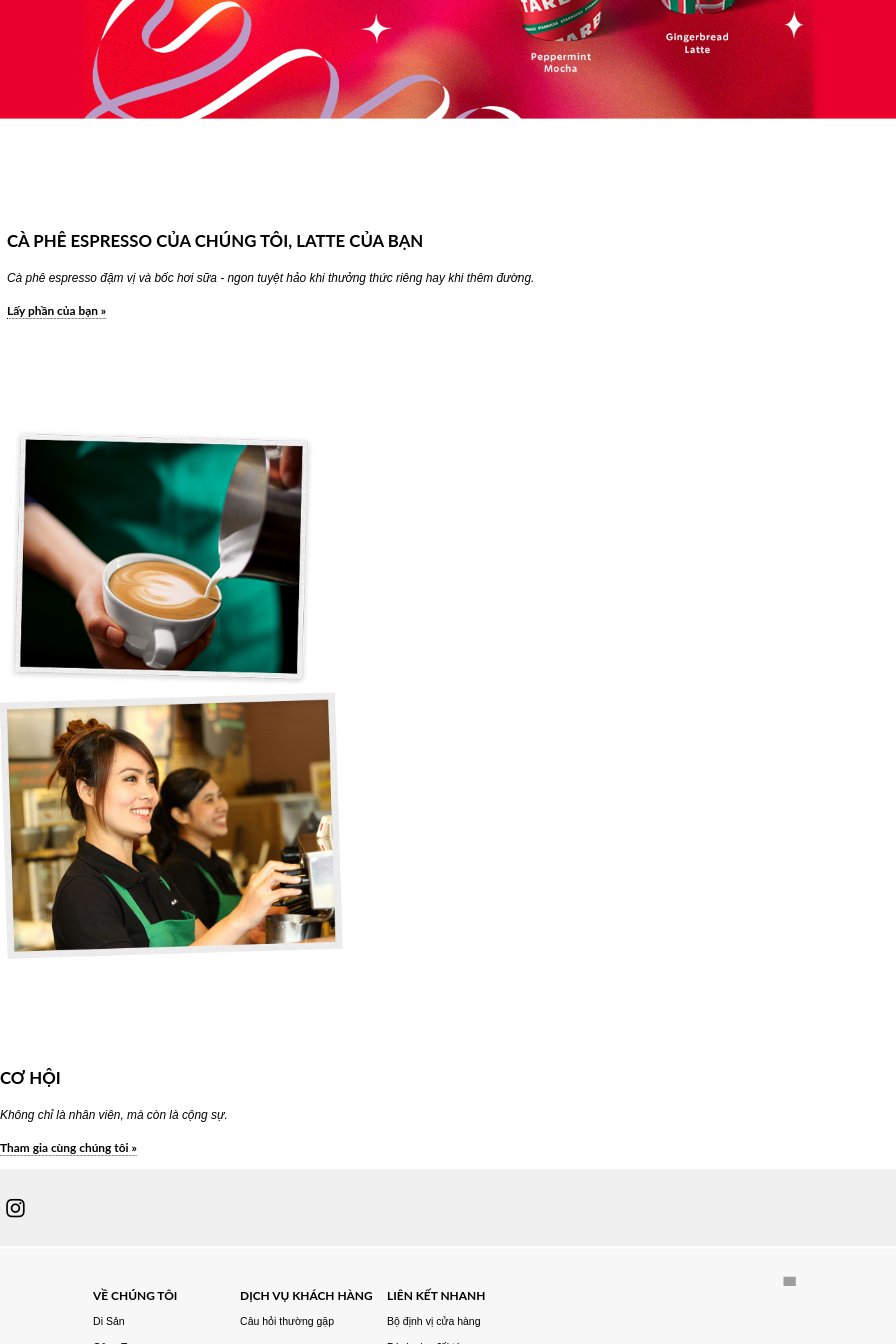
Repository: NgSonTung/project-starbucks
Page: html/Starbucks-home.html
The author's editor kept a copy of each file at every save. The page is drawn from the files as they stood at one save, then again after the next save.
The browser window is 1280 px wide. The pictures show the part of the page from y = 508 to 2428 px (the page is 2687 px tall before and 2317 px after), at 70% of full size.
Pictures or frames that could not be fetched are drawn as grey boxes. Some web libraries are served in a nearby version.

Above is the page before, as saved 2021-11-17 15:39:26.

### html/Starbucks-home.html
<!DOCTYPE html>
<html lang="en">
<head>
    <link rel="stylesheet" href="">
    <link rel='stylesheet' type='text/css' href='../css/home.css'>
    <link rel='stylesheet' type='text/css' href='../css/menuresponsive.css'>
    <script src="https://kit.fontawesome.com/3c4540d338.js" crossorigin="anonymous"></script>
    <meta charset="UTF-8">
    <meta name="viewport" content="width=device-width, initial-scale=1.0">
    <title>Document</title>
</head>
<body>

<!-- DAY LA MENU/HEADER -->

<header>
    <div class="menu1"></div>
    <div class="header">
        <nav class="menu37">
            <div class="menu2">
                <a href="Starbucks-home.html"><img src="../hinhanh/starbucks.png" alt="logo"></a>
            </div>
            <div class="menu3">
                <ul class="menu4">
                    <li class="menu7"><a class="menu5" href="../html/Starbucks-caphe.html">CÀ PHÊ</a>
                    <div class="menu6">
                        <div class="menu8">
                            <ul class="menu9">
                                <div class="menu10">

                                    <li><b><a class="menu11" href="Starbucks-caphecuacct.html">Cà phê của Chúng tôi</a></b>
                                    <ul class="menu12">
                                        <li><a href="Starbucks-caphecuacct.html">Cà phê Nguyên Hạt</a></li>
                                        <li><a href="Starbucks-caphecuacct.html">Xem Tất cả các loai Cà phê</a></li>
                                    </ul>
                                    </li>
                                    <li><b><a class="menu11" href="Starbucks-timkiem.html">Tìm loại Cà phê Hoàn hảo của Bạn</a></b></li>
                                    <li><b><a class="menu11" href="">Esspresso</a></b>
                                    <ul class="menu12">
                                        <li><a href="">Thành phần</a></li>
                                        <li><a href="">Thiết bị Tốt nhất</a></li>
                                        <li><a href="">Nhân viên Pha chế Cà phê</a></li>
                                    </ul>
                                    </li>
                                    <li><b><a class="menu11" href="Starbucks-how.html">Làm thế nào để nấu</a></b>
                                    <ul class="menu12">
                                        <li><a href="">Báo chí cà phê</a></li>
                                        <li><a href="">Đổ giao</a></li>
                                        <li><a href="">Đá đổ giao</a></li>
                                        <li><a href="">Bia cà phê</a></li>
                                    </ul>
                                    </li>
                                    <div
                                    class="menu13"><img src="../hinhanh/starbuckscaphe.jpg" alt="">
                                    <b> <p class="menu14">Blonde Roast</p> </b>
                                    <p class="menu15">Nhẹ và ngọt dịu, loại cà phê rang qua hoàn hảo</p>
                                    </div>
                                </div>
                                <div class="menu16">
                                    <li><b><a class="menu11" href="">Tìm nguồn Cung ứng có Đạo đức</a></b>
                                    <ul class="menu12">
                                        <li><a href="">Cà phê được Vun trồng có Trách nhiệm</a></li>
                                        <li><a href="">Chất lượng cà phê</a></li>
                                        <li><a href="">Hỗ trợ Nông dân</a></li>
                                    </ul>
                                    </li>
                                    <li class="menu11"><b class="">Tìm hiểu Thêm</b>
                                    <ul class="menu17">
                                        <li><a href="">Dòng sản phẩm Cà phê Rang Starbucks</a></li>
                                        <li><a href="">Những hương vị trong Cốc cà phê của bạn</a></li>
                                        <li><a href="">Câu hỏi Thường Gặp về Cà phê</a></li>
                                    </ul>
                                    </li>
                                </div>
                                <hr class="menu18">
                                <li class="menu19">Bạn đang tìm kiếm các loại Đồ uống Cà phê
                                <ul class="menu20">
                                    <li><b> <a class="menu11" href="">Thức uống</a></li></b>
                                </ul>
                                </li>
                            </ul>
                        </div>
                    </div>
                    </li>
                </ul>
                <ul class="menu4">
                    <li class="menu7"><a class="menu5" href="">THỰC ĐƠN</a>
                    <div class="menu6">
                        <div class="menu8">
                            <ul class="menu9">
                                <div class="menu10">
                                    <li><a class="menu11" href="">Thức ăn</a>
                                    <ul  class="menu12">
                                        <li><a href="">Bánh</a></li>
                                        <li><a href="">Thức ăn</a></li>
                                        <li><a href="">Bánh Muffin</a></li>
                                        <li><a href="">Bánh cookie</a></li>
                                        <li><a href="">Bánh Ngọt</a></li>
                                        <li><a href="">Bánh mì sandwiches</a></li>
                                    </ul>
                                    </li>
                                    <li><a  class="menu11" href="">Thức uống</a>
                                    <ul  class="menu12">
                                        <li><a href="">Thức uống Espresso</a></li>
                                        <li><a href="">Thức uống với Sôcôla</a></li>
                                        <li><a href="">Cà phê Xay Frappuccino®</a></li>
                                        <li><a href="">Kem Trộn Frappuccino®</a></li>
                                        <li><a href="">Trà pha</a></li>
                                    </ul>
                                    </li>
                                    <div
                                    class="menu21"><img src="../hinhanh/starbucksthucdon.jpg" alt="">
                                    <b> <p class="menu14">Đồ ăn Thực thụ,Cực ngon</p> </b>
                                    <p class="menu15">Xem những lựa chọn món ăn mới trong cửa hàng của chúng tôi</p>
                                    </div>
                                </div>
                                <hr class="menu22">
                                <li  class="menu19">Bạn đang tìm kiếm Cà phê để thưởng thức tại Nhà?
                                <ul  class="menu20">
                                    <li><b><a class="menu11" href="">Tìm hiểu về Dòng sản phẩm cà phê rang Starbucks Roast</a></b></li>
                                </ul>
                                </li>
                            </ul>
                        </div>
                    </div>
                    </li>
                </ul>
                <ul class="menu4">
                    <li class="menu7"><a class="menu5" href="">QUÁN CÀ PHÊ</a>
                    <div class="menu6">
                        <div class="menu8">
                            <ul class="menu9">
                                <div class="menu10">
                                    <li><a class="menu11" href="">Chương trình Chuyên gia cà phê</a></li>
                                    <li><a  class="menu11" href="">Cộng đồng Trực tuyến</a></li>
                                    <li><a  class="menu11" href="">Thiết kế Cửa hàng</a></li>
                                    <li><a  class="menu11" href="">Thương mại</a>
                                    <ul a class="menu12">
                                        <li><a href="">Drinkware</a></li>
                                        <li><a href="">Machines</a></li>
                                        <li><a href="">Accessories</a></li>
                                    </ul>
                                    </li>
                                    <div
                                    class="menu23"><img src="../hinhanh/starbucksquan.jpg" alt="">
                                    <b> <p class="menu14">Cà phê của chúng tôi đưa mọi người lại gần nhau</p> </b>
                                    <p class="menu15">Vui chơi,mơ giấc mơ lớn và kết nối với bạn bè.</p>
                                </div>
                                </div>
                                <hr class="menu24">
                                <li  class="menu19">Bạn đang tìm kiếm điều gì Khác?
                                <ul  class="menu20">
                                    <li><b><a class="menu11" href="">Thức uống</a></b></li>
                                    <li><a class="menu11" href="">Giới thiệu về Chúng tôi</a></li>
                                </ul>
                                </li>
                            </ul>
                        </div>
                    </div>
                    </li>
                </ul>
                <ul class="menu4">
                    <li class="menu7"><a class="menu5" href="">TRÁCH NHIỆM</a>
                    <div class="menu6">
                        <div class="menu8">
                            <ul class="menu9">
                                <div class="menu10">
                                    <li><a  class="menu11" href="">Tìm nguồn Cung ứng có đạo đức</a>
                                    <ul  class="menu12">
                                        <li><a href="">Hỗ trợ Nông dân</a></li>
                                        <li><a href="">Tìm nguồn Cung ứng Cà phê</a></li>
                                        <li><a href="">Tìm nguồn Cung ứng Trà</a></li>
                                        <li><a href="">Tìm nguồn Cung ứng Ca cao</a></li>
                                    </ul>
                                    </li>
                                    <li><a  class="menu11" href="">Môi trường</a>
                                    <ul  class="menu12">
                                        <li><a href="">Tái chế</a></li>
                                        <li><a href="">Năng lượng</a></li>
                                        <li><a href="">Nước</a></li>
                                        <li><a href="">Công trình Xanh</a></li>
                                        <li><a href="">Biến đổi Khí hậu</a></li>
                                    </ul>
                                    </li>
                                    <div
                                    class="menu25"><img src="../hinhanh/starbuckstrachnhiem.jfif" alt="">
                                    <b> <p class="menu14">Sự tham gia của Cộng đồng</p> </b>
                                    <p class="menu15">Chúng tôi khuyến khích cộng sự(nhân viên) cũng như khác hàng tham gia cộng dồng của họ.</p>
                                    </div>
                                </div>
                                <hr class="menu26">
                                <li  class="menu19">Bạn đang tìm kiếm Thông tin về Starbucks?
                                <ul class="menu20">
                                    <li><a  class="menu11" href="">Giới thiệu về Chúng tôi</a></li>
                                </ul>
                                </li>
                            </ul>
                        </div>
                    </div>
                    </li>
                </ul>
                <ul class="menu4">
                    <li class="menu7"><a class="menu5" href="">VỀ CHÚNG TÔI</a>
                    <div class="menu6">
                        <div class="menu8">
                            <ul class="menu9">
                                <div class="menu10">
                                    <li><a  class="menu11" href="">Di sản</a></li>
                                    <li><a  class="menu11" href="">Công ty</a>
                                    <ul  class="menu12">
                                        <li><a href="">Tuyên bố về Sứ mệnh</a></li>
                                        <li><a href="">Đạo đức và Tuân thủ trong Kinh doanh</a></li>
                                        <li><a href="">Sự đa dạng tại Starbucks</a></li>
                                        <li><a href="">Chính sách Trực tuyến</a></li>
                                    </ul>
                                    <li><a  class="menu11" href="">Cơ hôi nghề nghiệp</a></li>
                                    </li>
                                    <div
                                     class="menu27"><img src="../hinhanh/starbucksvechungtoi.jpg" alt="">
                                     <b> <p class="menu14">Một Loại Công ty Khác</p> </b>
                                     <p class="menu15">Sứ mệnh của chúng tôi là khơi nguồn cảm hứng và nuôi dưỡng tinh thần con người- một người, một cốc cà phe và một tình hàng xóm vào một thời điểm.</p>
                                    </div>
                                </div>
                                <hr class="menu28">
                                <li  class="menu19">Bạn đang tìm kiếm Vị trí Cửa hàng?
                                <ul  class="menu20">
                                    <li><a class="menu11" href="">Dịch vu Khách hàng</a></li>
                                    <li><a class="menu11" href="">Bộ định vị Cửa hàng</a></li>
                                </ul>
                                </li>
                            </ul>
                        </div>
                    </div>
                    </li>
                </ul>
                <ul class="menu4">
                    <li class="menu7"><a class="menu5" href="">THẺ</a>
                    <div class="menu6">
                        <div class="menu8">
                            <ul class="menu9">
                                <div class="menu10">
                                    <li><a  class="menu11" href="">Quản Lý Tài Khoản</a>
                                    <ul  class="menu12">
                                        <li><a href="">Đăng nhập/Đăng ký tài khoản mới</a></li>
                                        <li><a href="">Lịch sử giao dịch</a></li>
                                        <li><a href="">Báo mất thẻ</a></li>
                                    </ul>
                                    </li>
                                    <li class="menu11">Thông Tin Khác
                                    <ul class="menu17">
                                        <li><a href="">Starbucks Rewards</a></li>
                                        <li><a href="">Điều kiện và điều khoản chương trình</a></li>
                                        <li><a href="">Chính sách về quyền riêng tư</a></li>
                                        <li><a href="">Câu hỏi thường gặp chương trình Starbucks Rewards</a></li>
                                    </ul>
                                    </li>
                                    <li class="menu11">Thẻ quà tặng điện tử
                                    <ul class="menu17">
                                        <li><a href="">Gửi thẻ quà tặng ngay</a></li>
                                    </ul>
                                    </li>
                                    <div
                                    class="menu29"><img src="../hinhanh/starbucksthe.jpg" alt="">
                                    <b> <p class="menu14">Nhận ngôi sao điểm thưởng cho mỗi chi tiêu tại Starbucks.</p> </b>
                                    <p class="menu15">Đăng ký Starbucks Rewards ngay hôm nay</p>
                                    </div>
                                </div>
                                <hr class="menu30">
                                <li class="menu19">Đang tìm kiếm vị trí cửa hàng
                                <ul class="menu20">
                                    <li class="menu11"><a href="">Bộ định vị Cửa hàng</a></li>
                                </ul>
                                </li>
                            </ul>
                        </div>
                    </div>
                    </li>
                </ul>
                <ul class="menu4">
                    <li class="menu7"><a class="menu31" href="https://www.lazada.vn/shop/starbucks-flagship-store?tab=promotion&path=promotion-30821-0.htm">ESTORE</a></li>
                </ul>


            </div>
            <div class="menu32">
                <a class="menu33" href="">
                    <div class="menu34">
                        <div class="menu35"><i class='fas fa-map-marker-alt'style='font-size:19px'></i></div>
                        <p class="menu36">Tìm Cửa hàng</p>
                    </div>
                </a>
            </div>

        </nav>
    </div>

</header>

<!-- KET THUC MENU -->

        <div class="home-bannercontainer"></div>
        <div class="home-gallery">
            <div class="cotentwrapper1">
                <div class="home-content1">
                    <p class="home-content-title">
                        CÀ PHÊ ESPRESSO CỦA CHÚNG TÔI,
                         LATTE CỦA BẠN
                    </p>
                    <P class="home-content-desc1">
                        Cà phê espresso đậm vị và bốc hơi sữa - ngon tuyệt hảo khi
                        thưởng thức riêng hay khi thêm đường.
                    </P>
                    <p class="home-content-desc2"><a href="">Lấy phần của bạn »</a></p>
                </div>
                <div class="home-content2">
                    <img src="../hinhanh/our-espresso_tcm90-24616_w1024_n.png" alt="">
                </div>
            </div>
            <div class="contentwrapper2">
                <div class="home-content3">
                    <img src="../hinhanh/opportunity_tcm90-24617_w1024_n.png" alt="">
                </div>
                <div class="home-content4">
                    <p class="home-content-title">
                        CƠ HỘI
                    </p>
                    <P class="home-content-desc1">
                        Không chỉ là nhân viên, mà còn là cộng sự.
                    </P>
                    <p class="home-content-desc2"><a href="">Tham gia cùng chúng tôi »</a></p>
                </div>
            </div>

        </div>









<!-- DAY LA FOOTER -->


<footer>

    <div class="footer-top">
        <ul class="footer-top__icon">
            <li class="footer-top__icon-link">
                <a href=""><i class="footer__facebook fab fa-facebook-f"></i></a>
            </li>
            <li class="footer-top__icon-link">
                <a href=""><i class="footer__instagram fab fa-instagram"></i></a>
            </li>
        </ul>
    </div>

    <div class="footer-mid">
        <div class="footer-mid__grid">
            <div class="footer-mid__grid--row">
                <div class="footer-mid__grid--col1-3">
                    <a href="">
                        <h3>Về chúng tôi</h3>
                    </a>
                    <ul class="footer-mid__list">
                        <li><a href="">Di Sản</a></li>
                        <li><a href="">Công Ty</a></li>
                        <li><a href="">Cơ  hội nghề nghiệp</a></li>
                    </ul>
                </div>
                <div class="footer-mid__grid--col1-3">
                    <a href="">
                        <h3>Dịch vụ khách hàng</h3>
                    </a>
                    <ul class="footer-mid__list">
                        <li><a href="">Câu hỏi thường gặp</a></li>
                    </ul>
                </div>
                <div class="footer-mid__grid--col1-3">
                    <h3>Liên kết nhanh</h3>
                    <ul class="footer-mid__list">
                        <li><a href="">Bộ định vị cửa hàng</a></li>
                        <li><a href="">Dành cho đối tác</a></li>
                    </ul>
                </div>
            </div>

            <div class="footer-bottom">
                <div class="footer-bottom__language">
                    <a href="starbucks.html"><img src="../hinhanh/2560px-Flag_of_Vietnam.svg.png" alt="Flag" class="VN"></a>
                    <p class="footer-bottom__language--left"><b>>></b></p>
                    <p class="footer-bottom__language--vn">Tiếng Việt (VN)</p>
                    <a href="starbucks.html" class="footer-bottom__language--eng"><b>English</b></a>
                    <p class="footer-bottom__language--right"><b>>></b></p>
                </div>

                <div class="footer-bottom__links">
                    <nav class="footer-bottom__nav">
                        <a href="" class="footer-bottom__links--daudoan">Khả năng truy cập Web</a>
                        <div class="footer-bottom__links2-5">
                            <a href="">Chính Sách Bảo Mật Thông Tin</a>
                            <a href="">Điều Khoản Sử Dụng</a>
                            <a href="">Sơ Đồ Trang Web</a>
                            <a href="">Tùy Chọn Cookie</a>
                        </div>
                    </nav>
                </div>

                <div class="footer-bottom__copyrights">
                    <p class="footer__copyright">© 2019 Starbucks Coffee Company. Mọi quyền được bảo lưu.</p>
                </div>
            </div>
        </div>
    </div>
</footer>

</body>
</html>

Loaded but not shown: css/home.css (501 lines, source omitted); css/menuresponsive.css (no copy from this time; the picture is the same without it)

After the next save:
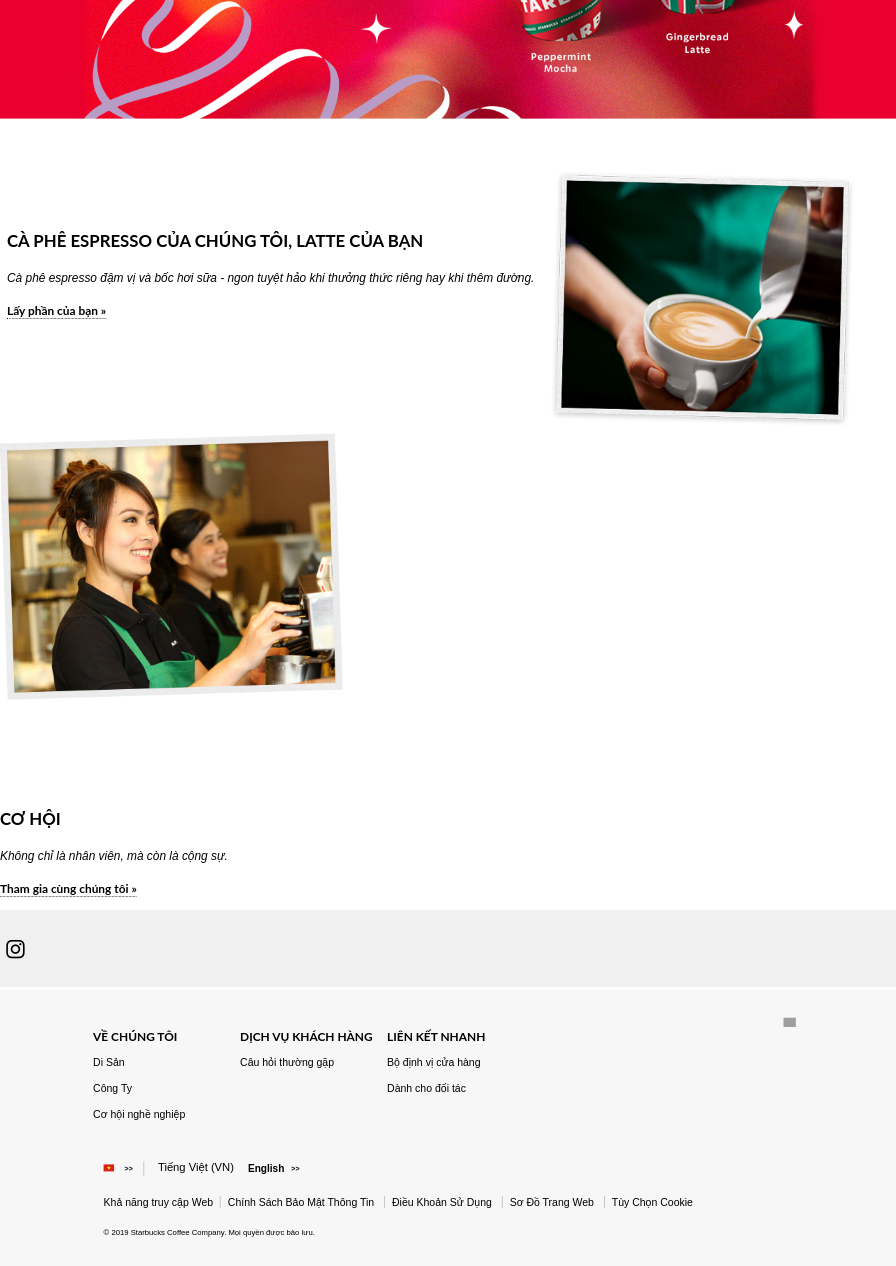
Saved 43 s later.
--- a/html/Starbucks-home.html
+++ b/html/Starbucks-home.html
@@ -300,7 +300,7 @@
 
         <div class="home-bannercontainer"></div>
         <div class="home-gallery">
-            <div class="cotentwrapper1">
+            <div class="contentwrapper1">
                 <div class="home-content1">
                     <p class="home-content-title">
                         CÀ PHÊ ESPRESSO CỦA CHÚNG TÔI,
